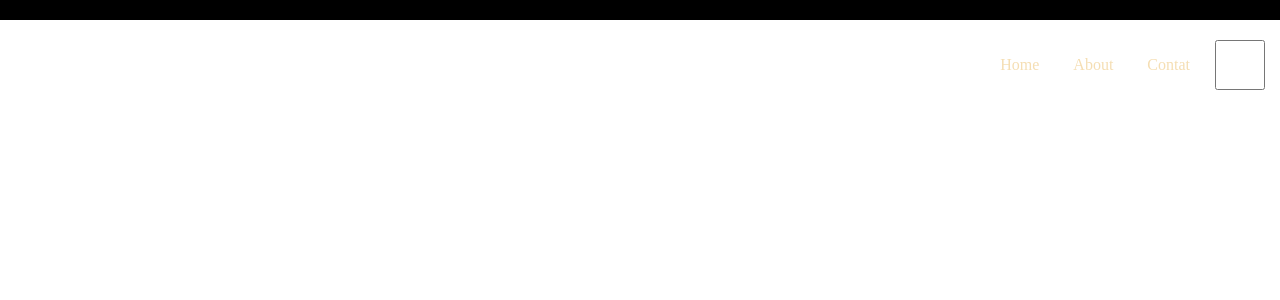
Repository: imokha01/toggleNavBar
Page: index.html
The author's editor kept a copy of each file at every save. The page is drawn from the files as they stood at one save, then again after the next save.
The browser window is 1280 px wide. The pictures show the whole page.

Above is the page before, as saved 2023-12-26 22:24:46.

### index.html
<!DOCTYPE html>
<html lang="en">
<head>
    <meta charset="UTF-8">
    <meta name="viewport" content="width=device-width, initial-scale=1.0">
    <title>Toggle Nav Bar</title>
    <link rel="stylesheet" href="style.css">
</head>
<body>
    <header class="header">
        <div class="header__content">
            <nav class="header__content__navbar">
                <li class="header__content__navbar__list">
                    <a href="#" class="header__content__navbar__link">Home</a>
                </li>
                <li class="header__content__navbar__list">
                    <a href="#" class="header__content__navbar__link">About</a>
                </li>
                <li class="header__content__navbar__list">
                    <a href="#" class="header__content__navbar__link">Contat</a>
                </li>
            </nav>
            <input type="checkbox" class="checkbox toggle-triger">
        </div>

    </header>
</body>
</html>

### style.css
*{
    margin: 0;
    padding: 0;
    box-sizing: border-box;
}

.header {
    height: 20px;
    background: #000;
    /* height: 70px; */

}


.header__content__navbar__list {
    display: inline-block;
    list-style-type: none;
}

.header__content__navbar__link{
    color: wheat;
    text-decoration: none;
    padding: 15px;
}

.header__content {
    display: flex;
    justify-content: end;
    align-items: center;
    padding: 15px;
    gap: 10px;
}

.checkbox {
    width: 50px;
    height:100px;
    border-radius: 100px;
    /* appearance: none; */


}

After the next save:
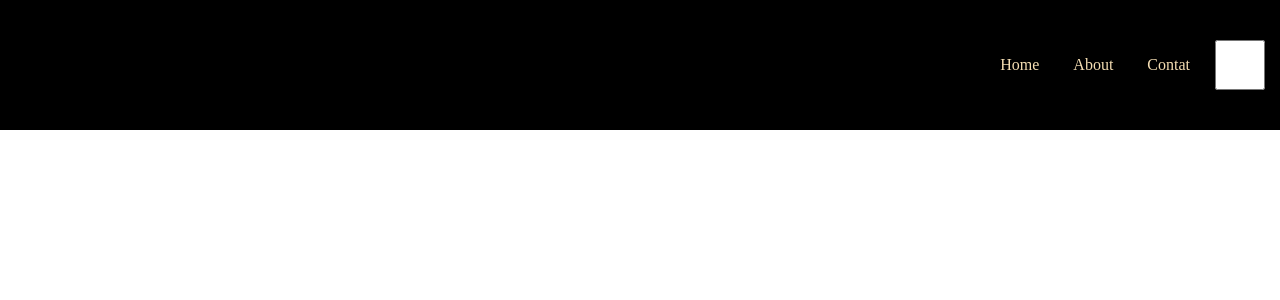
Saved 14 s later.
--- a/style.css
+++ b/style.css
@@ -5,7 +5,7 @@
 }
 
 .header {
-    height: 20px;
+
     background: #000;
     /* height: 70px; */
 
